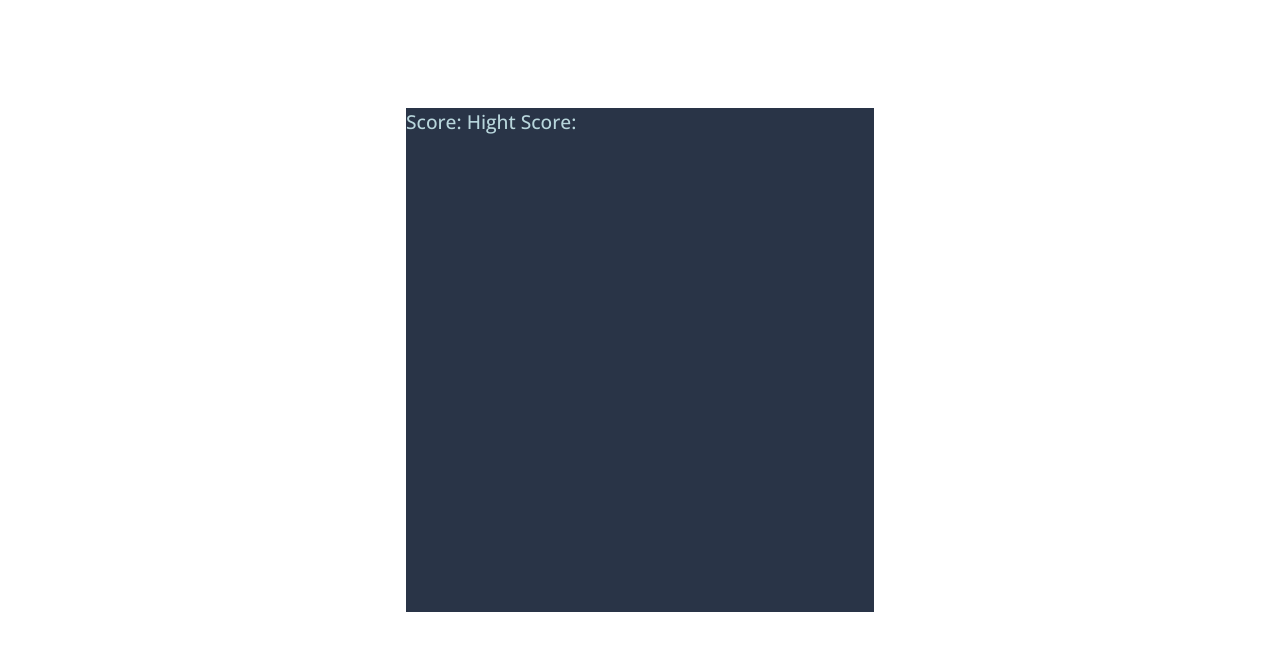
Repository: litaiqiang1407/JS
Page: Snake Game/index.html
These files come from the project's save history. The page is drawn as it stood at one moment and after the next save; the edit follows.
The browser window is 1280 px wide. The pictures show the whole page.

Above is the page before, as saved 2023-05-16 18:29:55.

### Snake Game/index.html
<!DOCTYPE html>
<html lang="en">
  <head>
    <meta charset="UTF-8" />
    <meta http-equiv="X-UA-Compatible" content="IE=edge" />
    <meta name="viewport" content="width=device-width, initial-scale=1.0" />
    <title>Snake Game</title>
    <link rel="stylesheet" href="style.css" />
  </head>
  <body>
    <div class="wrapper">
      <div class="game-details">
        <span class="score">Score: </span>
        <span class="hight-core">Hight Score: </span>
      </div>
      <div class="play-board"></div>
    </div>
    <script src="./script.js"></script>
  </body>
</html>

### Snake Game/style.css
@import url("https://fonts.googleapis.com/css2?family=Open+Sans:wght@400;500;600;700&display=swap");

* {
  margin: 0;
  padding: 0;
  box-sizing: border-box;
  font-family: "Open Sans", sans-serif;
}

body {
  display: flex;
  justify-content: center;
  align-items: center;
  min-height: 100vh;
}

.wrapper {
  width: 65vmin;
  height: 70vmin;
  background: #293447;
}
.game-details {
  color: #b8d6dc;
  font-size: 1.2rem;
  font-weight: 500;
}
.score {
}
.hight-core {
}
.play-board {
}

Loaded but not shown: Snake Game/script.js (no stored copy; drawn as an empty file)

After the next save:
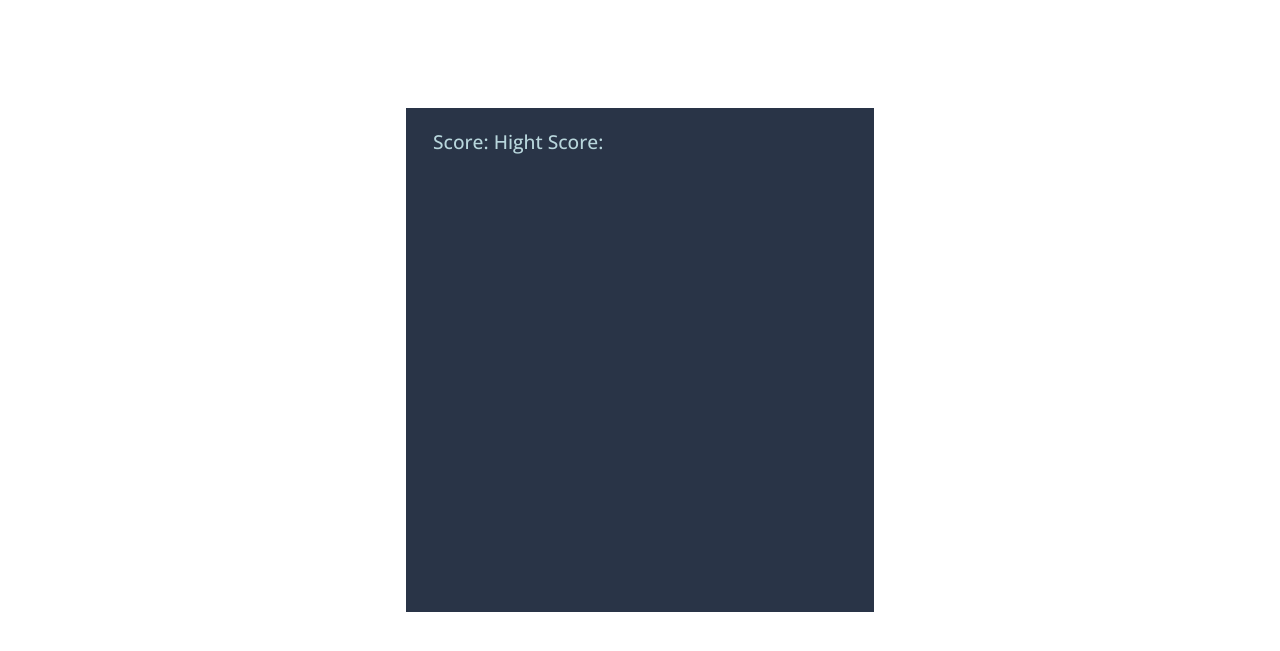
Saved 28 s later.
--- a/Snake Game/style.css
+++ b/Snake Game/style.css
@@ -23,6 +23,7 @@ body {
   color: #b8d6dc;
   font-size: 1.2rem;
   font-weight: 500;
+  padding: 20px 27px;
 }
 .score {
 }
